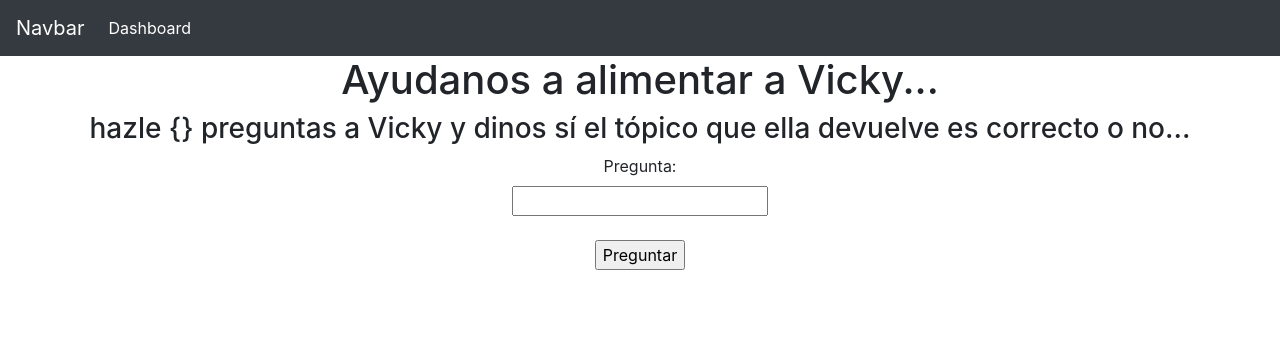
Repository: Crixtiancub/feedback_Vicky
Page: vicky/templates/dashboard.html
The author's editor kept a copy of each file at every save. The page is drawn from the files as they stood at one save, then again after the next save.
The browser window is 1280 px wide. The pictures show the whole page.
The page is served by the project's application, run on Django 3.2 (manage.py). The template is opened directly, without the code that normally fills it, so the values that code supplies are empty.

Above is the page before, as saved 2021-04-29 08:47:02.

After the next save:
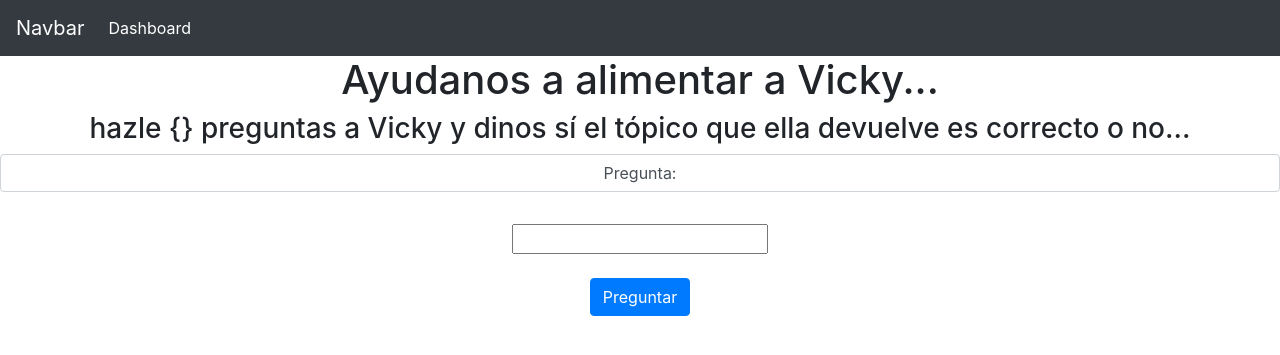
Saved 4 min 50 s later.
--- a/vicky/templates/dashboard.html
+++ b/vicky/templates/dashboard.html
@@ -10,9 +10,9 @@
 
     <form action="{% url 'home' %}">
         {% csrf_token%}
-        <label for="txt_pregunta_Vicky">Pregunta:</label><br>
+        <label for="txt_pregunta_Vicky" class="form-control" aria-placeholder="preguntale a Vicky...">Pregunta:</label><br>
         <input type="text" id="txt_pregunta_Vicky" name="pregunta_Vicky"><br><br>
-        <input type="submit" value="Preguntar">
+        <input type="submit" class="btn btn-primary" value="Preguntar">
     </form>
 
 </center>
